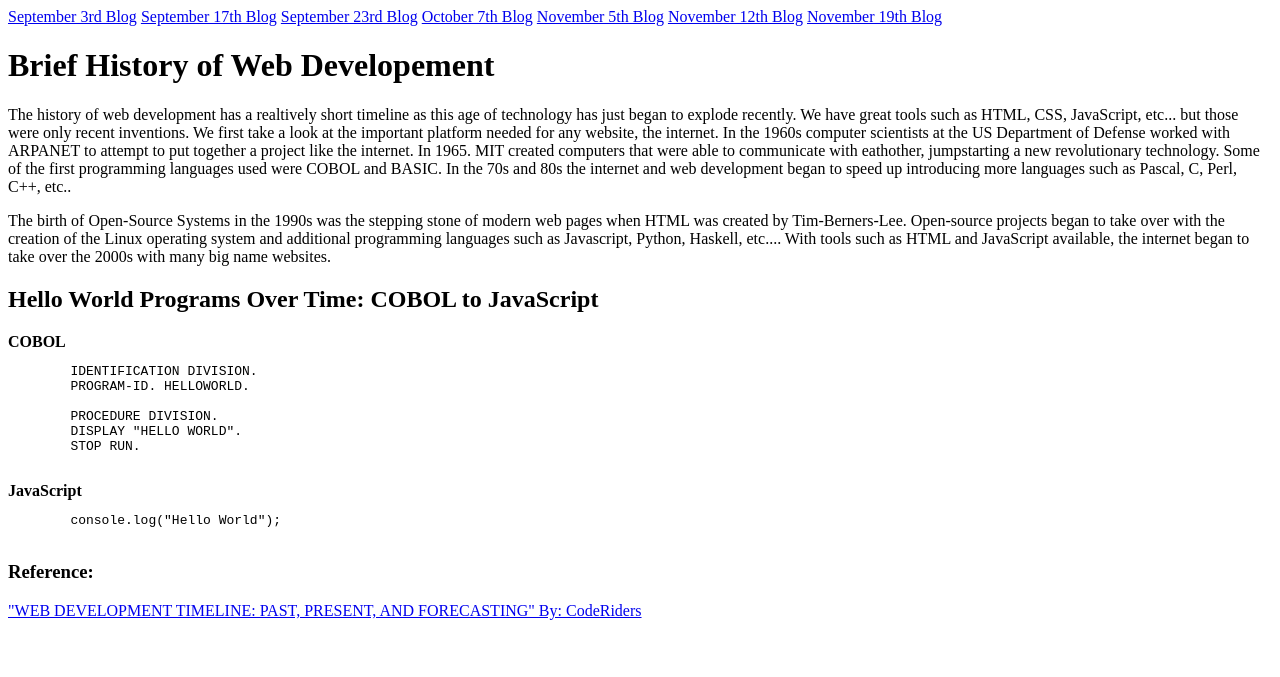
Repository: alharama/WebBlog
Page: Nov_19.html
An editor plug-in stored every save of this project. The page is shown before and after the next save, followed by the edit.
The browser window is 1280 px wide. The pictures show the whole page.

Above is the page before, as saved 2021-11-18 19:25:10.

### Nov_19.html
<!DOCTYPE html>
<html>
  <head>
    <a href="index.html"> September 3rd Blog</a>
    <a href="second_blog.html"> September 17th Blog</a>
    <a href="Sept_23.html"> September 23rd Blog</a>
    <a href="Oct_7.html"> October 7th Blog</a>
    <a href="Nov_5.html"> November 5th Blog</a>
    <a href="Nov_12.html"> November 12th Blog</a>
    <a href="Nov_19.html"> November 19th Blog</a>

    <title>November 19th Blog</title>
  </head>

  <body>
    <h1>Brief History of Web Developement</h1>

    <p class="writeup">
      The history of web development has a realtively short timeline as this age
      of technology has just began to explode recently. We have great tools such
      as HTML, CSS, JavaScript, etc... but those were only recent inventions. We
      first take a look at the important platform needed for any website, the
      internet. In the 1960s computer scientists at the US Department of Defense
      worked with ARPANET to attempt to put together a project like the
      internet. In 1965. MIT created computers that were able to communicate
      with eathother, jumpstarting a new revolutionary technology. Some of the
      first programming languages used were COBOL and BASIC. In the 70s and 80s
      the internet and web development began to speed up introducing more
      languages such as Pascal, C, Perl, C++, etc..
    </p>

    <p class="writeup">
      The birth of Open-Source Systems in the 1990s was the stepping stone of
      modern web pages when HTML was created by Tim-Berners-Lee. Open-source
      projects began to take over with the creation of the Linux operating
      system and additional programming languages such as Javascript, Python,
      Haskell, etc.... With tools such as HTML and JavaScript available, the
      internet began to take over the 2000s with many big name websites.
    </p>

    <h2>Hello World Programs Over Time: COBOL to JavaScript</h2>

    <b class="example_code"> COBOL </b>
    <pre>
        IDENTIFICATION DIVISION.
        PROGRAM-ID. HELLOWORLD.

        PROCEDURE DIVISION.
        DISPLAY "HELLO WORLD".
        STOP RUN.
    </pre>

    <b class="example_code"> JavaScript </b>
    <pre>
        console.log("Hello World");
    </pre>
  </body>

  <h3>Reference:</h3>
  <a
    href="https://www.coderiders.am/blog/web-development-timeline-past-present-and-forecasting"
    target="_blank"
  >
    "WEB DEVELOPMENT TIMELINE: PAST, PRESENT, AND FORECASTING" By: CodeRiders</a
  >
</html>

After the next save:
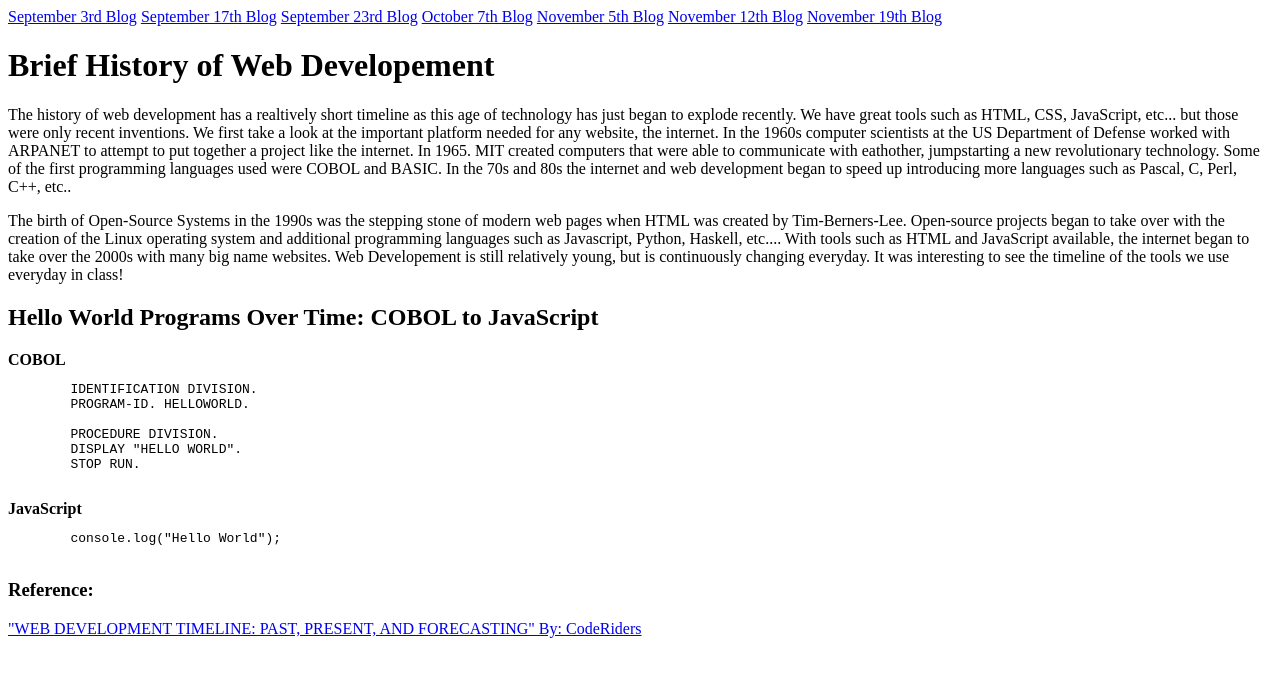
Saved 5 min 46 s later.
--- a/Nov_19.html
+++ b/Nov_19.html
@@ -35,7 +35,10 @@
       projects began to take over with the creation of the Linux operating
       system and additional programming languages such as Javascript, Python,
       Haskell, etc.... With tools such as HTML and JavaScript available, the
-      internet began to take over the 2000s with many big name websites.
+      internet began to take over the 2000s with many big name websites. Web
+      Developement is still relatively young, but is continuously changing
+      everyday. It was interesting to see the timeline of the tools we use
+      everyday in class!
     </p>
 
     <h2>Hello World Programs Over Time: COBOL to JavaScript</h2>
